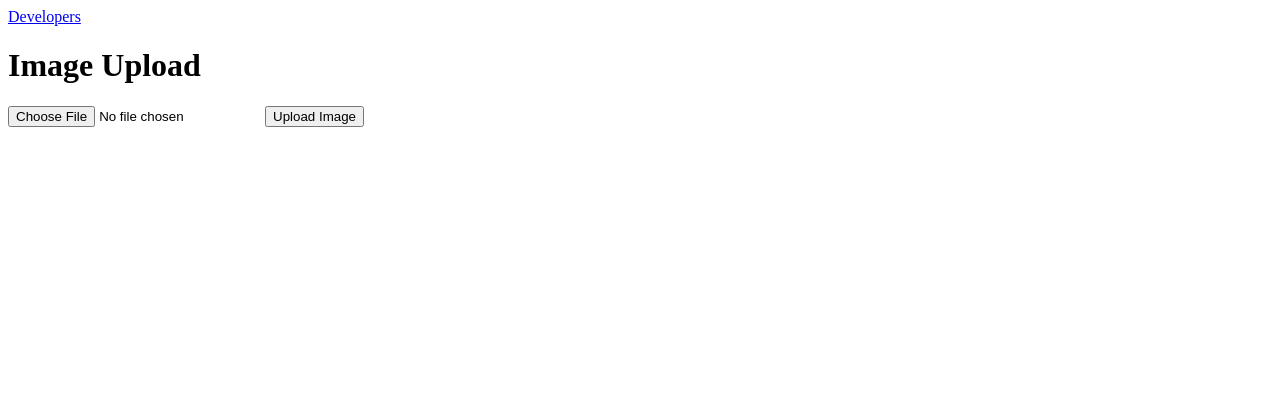
Repository: lucasmsdev/ai_recognize_images
Page: http://localhost/
The author's editor kept a record of every edit. The page is drawn from the files as they stood at one moment, then again after the next edit.
The browser window is 1280 px wide. The pictures show the whole page.
The page is served by the project's application, run on Flask 3 (app.py).

Above is the page before.

### templates/upload.html
<!-- upload.html -->

<!DOCTYPE html>
<html>
<head>
    <title>Upload Image</title>
    <link rel="stylesheet" href="{{ url_for('static', filename='cssdobruno.css') }}">
</head>
<body>
    <a href="/devs" class="developers-link">Developers</a>
    <h1>Image Upload</h1>
    <form action="/" method="post" enctype="multipart/form-data">
        <input type="file" name="image" accept="image/*" class="upload-button">
        <button type="submit" class="upload-button">Upload Image</button>
    </form>
</body>
</html>

### app.py
import os
import numpy as np
import tensorflow as tf
from tensorflow.keras.preprocessing.image import load_img, img_to_array
from tensorflow.keras.applications.resnet50 import preprocess_input, decode_predictions
from flask import Flask, render_template, request
from PIL import Image  # Importe a classe Image do módulo PIL
app = Flask(__name__)

def preprocess_image(image):
    image = image.resize((224, 224))
    image = img_to_array(image)
    image = preprocess_input(image)
    image = np.expand_dims(image, axis=0)
    return image

model = tf.keras.applications.ResNet50(weights='imagenet')

@app.route('/', methods=['GET', 'POST'])
def upload_and_analyze():
    if request.method == 'POST':
        image_file = request.files['image']
        if image_file:
            image = Image.open(image_file)
            input_image = preprocess_image(image)
            predictions = model.predict(input_image)
            decoded_predictions = decode_predictions(predictions, top=3)[0]
            return render_template('result.html', predictions=decoded_predictions)
    return render_template('upload.html')

@app.route('/devs')
def devs():
    return render_template('devs.html')

if __name__ == '__main__':
    app.run(debug=True, port=8000)

### static/cssdobruno.css
/* upload.css */

.upload-button {
    /* Estilos do botão de upload... */
}

.upload-input {
    display: none;
}

/* Estilizando o botão "Escolher arquivo" */
.custom-file-input {
    display: inline-block;
    padding: 10px 20px;
    background-color: #3498db;
    color: #fff;
    text-decoration: none;
    border: none;
    border-radius: 5px;
    cursor: pointer;
    transition: background-color 0.3s ease-in-out;
}

.custom-file-input:hover {
    background-color: #2980b9;
}

/* Estilizando a label do botão "Escolher arquivo" */
.custom-file-label {
    background-color: #3498db;
    color: #fff;
    padding: 10px 20px;
    border: none;
    border-radius: 5px;
    cursor: pointer;
    transition: background-color 0.3s ease-in-out;
}

.custom-file-label:hover {
    background-color: #2980b9;
}

### static/styles.css
/* styles.css */

/* styles.css */

body {
    font-family: Arial, sans-serif;
    background-color: #f4f4f4;
    display: flex;
    justify-content: center;
    align-items: center;
    height: 100vh;
    margin: 0;
    position: relative;
}

.developers-link {
    position: absolute;
    top: 20px;
    right: 20px;
    padding: 10px 15px;
    background-color: #8f4854; /* Cor de fundo do link */
    text-decoration: none;
    color: #fff; /* Cor do texto do link */
    font-weight: bold;
    border-radius: 5px;
    transition: background-color 0.3s ease-in-out;
}

.developers-link:hover {
    background-color: #FF0000; /* Cor de fundo do link ao passar o mouse */
}
.developers-link {
    position: absolute;
    top: 20px;
    right: 20px;
    padding: 10px 15px;
    background-color: #8f4854; /* Cor de fundo do link */
    text-decoration: none;
    color: #fff; /* Cor do texto do link */
    font-weight: bold;
    border-radius: 5px;
    transition: background-color 0.3s ease-in-out;
}

.developers-link:hover {
    background-color: #FF0000; /* Cor de fundo do link ao passar o mouse */
}

h1 {
    text-align: center;
    margin-bottom: 20px;
    color: #333;
}
h1 {
    margin-bottom: 20px;
    margin-right: 40px;
    color: #333;
}

ul.results {
    list-style-type: none;
    padding: 0;
}


ul.results li {
    margin-bottom: 15px;
    margin-left: 49px;
    padding: 15px;
    background-color: #fff;
    border-radius: 5px;
    text-align: center;
    box-shadow: 0 2px 4px rgba(0, 0, 0, 0.1);
    font-size: 18px;
}

.Assertividade {
    font-weight: bold;
    display: inline-block;
    padding: 5px 10px;
    border-radius: 20px;
}

.AltaAssertividade {
    color: #2ecc71; /* Cor verde para alta confiança */
}

.BaixaAssertividade {
    color: #e74c3c; /* Cor vermelha para baixa confiança */
}

After the next edit:
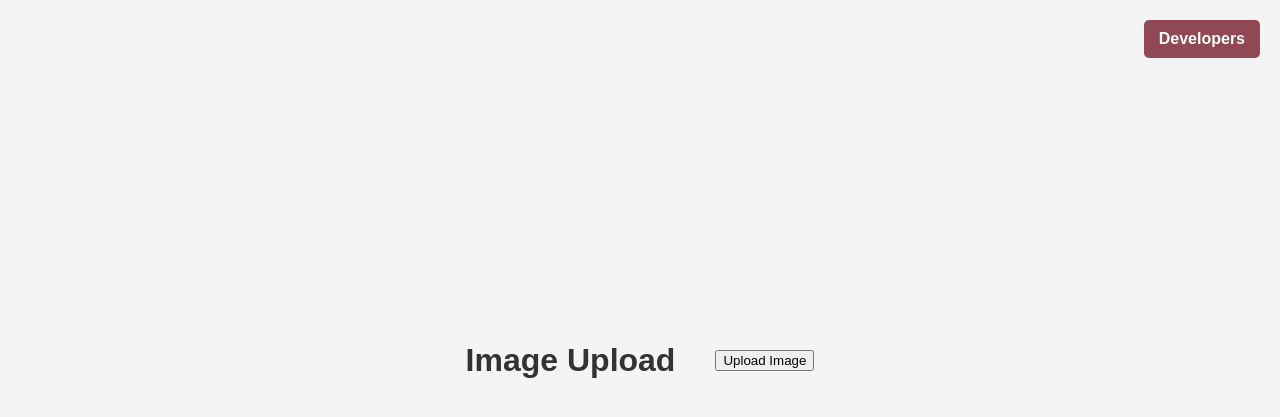
The edit:
--- a/templates/upload.html
+++ b/templates/upload.html
@@ -5,12 +5,13 @@
 <head>
     <title>Upload Image</title>
     <link rel="stylesheet" href="{{ url_for('static', filename='cssdobruno.css') }}">
+    <link rel="stylesheet" href="{{ url_for('static', filename='styles.css') }}">
 </head>
 <body>
     <a href="/devs" class="developers-link">Developers</a>
     <h1>Image Upload</h1>
     <form action="/" method="post" enctype="multipart/form-data">
-        <input type="file" name="image" accept="image/*" class="upload-button">
+        <input type="file" name="image" accept="image/*" class="upload-input">
         <button type="submit" class="upload-button">Upload Image</button>
     </form>
 </body>
